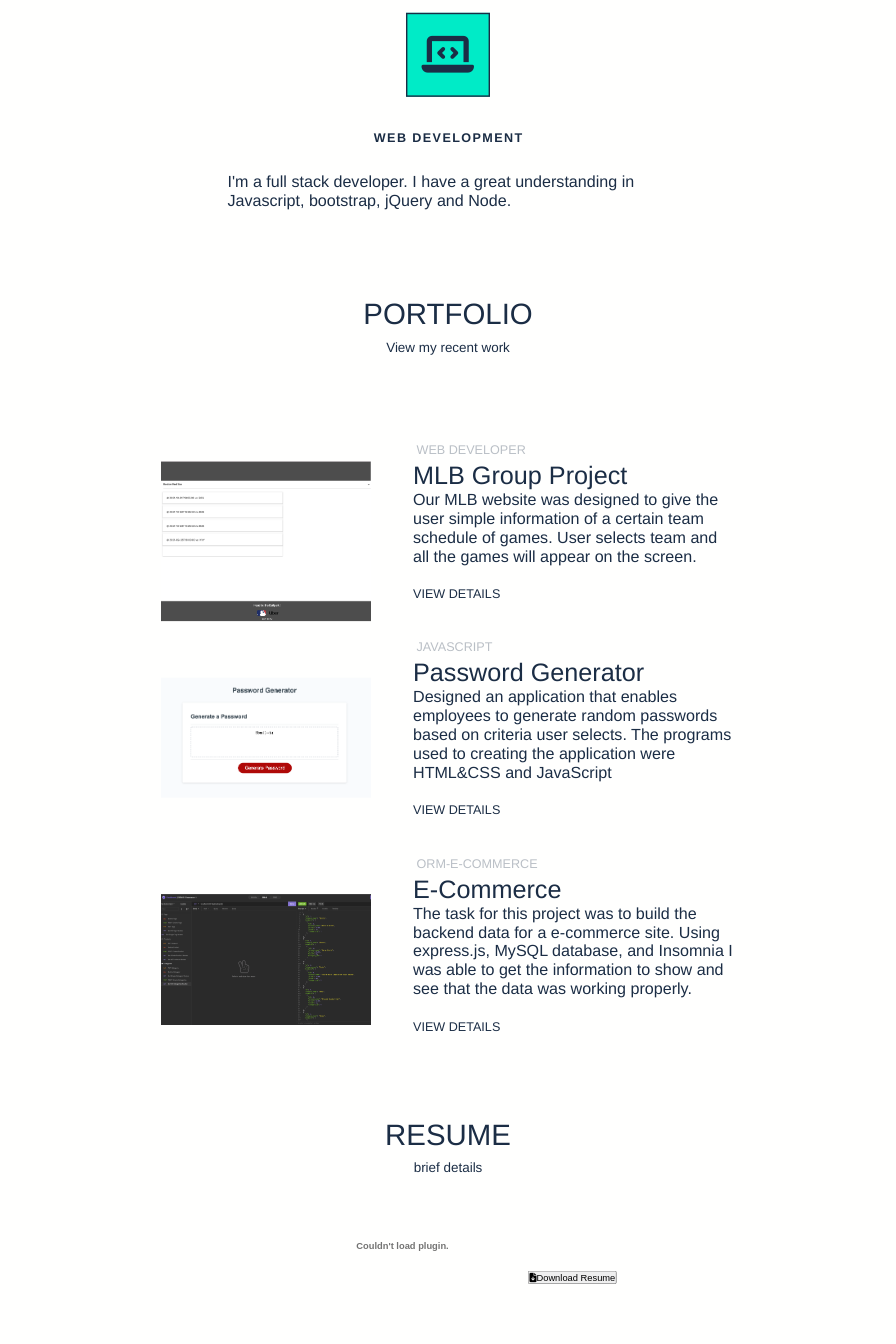
Repository: jb150524/JB-Portfolio
Page: index.html
The author's editor kept a copy of each file at every save. The page is drawn from the files as they stood at one save, then again after the next save.
The browser window is 1280 px wide. The pictures show the part of the page from y = 1906 to 3826 px (the page is 4329 px tall before and 4302 px after), at 70% of full size.
Some web libraries are served in a nearby version.

Above is the page before, as saved 2021-09-25 21:22:45.

### index.html
<!DOCTYPE html>
<!-- saved from url=(0053)file:///Users/jja/FullStack_HW/juanwebsite/index.html -->

    <html lang="en"><head><meta http-equiv="Content-Type" content="text/html; charset=UTF-8">

    <meta http-equiv="X-UA-Compatible" content="IE=edge">
    <meta name="viewport" content="width=device-width, initial-scale=1.0">

    <!-- CSS style sheet -->
    <link rel="stylesheet" href="style.css">

    <!-- adding icons  -->
    <script src="https://kit.fontawesome.com/11dfd97c40.js" crossorigin="anonymous"></script>

    <title>Juan's Portfolio</title>
    </head>

    <body>
      <header>
      <nav class="top-nav">
        <ul class="nav-list">
        <li>
        <a href="file:///Users/jja/FullStack_HW/juanwebsite/index.html">Home</a>
        <a href="file:///Users/jja/FullStack_HW/juanwebsite/index.html#about">About</a>
        <a href="file:///Users/jja/FullStack_HW/juanwebsite/index.html#portfolio">Portfolio</a>
        <a href="file:///Users/jja/FullStack_HW/juanwebsite/index.html#resume">Resume</a>
        <a href="file:///Users/jja/FullStack_HW/juanwebsite/index.html#contact">Contact</a>
        </li>
        </ul>
      </nav>

    <div class="main">
      <div class="landing-text">
        <h1>JuanByrne</h1>
        <h6>Graphic Designer and Full Stack Web Developer</h6>
      </div>
    </div>
    </header>

    <section class="about" id="about">
      <div class="container">
          <a class="about-details">
        <div class="about-heading">
          <h1>About</h1>
          <h6>Myself</h6>
        </div>
          <p>
          I'm a Graphic Designer trying to become a full stack developer. I am from Guadalajara, Mexico. I was born in Mexico, but at a young age I moved to the USA. One of my favorite hobbies is playing competative soccer. Playing soccer has taught me perseverance, how to be a team player, and most importantly how to lose. I currently live in Wayne, Pennsylvania, but have previously lived in Guadalajara, Mexico and Orange County, California. I want to become a web developer because I want to learn a skill that motivates me and pushes me to try new things. I am excited about web developing and want a career that gives me a spark, like I get when I play soccer, with competitiveness, passion, and the belief that I can succeed.
          </p>
          </a>
      </div>
    </section>

      <a class="about-details">
        <section class="experience" id="experience">
            <div class="container">
              <div class="section-heading">
                <h1>Experience</h1>
                <h6>What I can do for you</h6>
              </div>
          <div class="my-skills">
          <div class="skills" alt ="">
            <div class="icon-container">
              <i class="fas fa-layer-group"></i>
            </div>
            <h1>Graphic Designer</h1>
            <p>
            I'm a Graphic Designer with two years of experience working in the advertising industry. Possesses a high degree of competence using programs such as Adobe Photoshop, InDesign, Illustrator, and HTML & CSS.
            </p>
          </div>

        <div class="skills">
          <div class="icon-container">
            <i class="fas fa-laptop-code"></i>
          </div>
              <h1>Web Development</h1>
              <p>
              I'm a full stack developer. I have a great understanding in Javascript, bootstrap, jQuery and Node.
              </p>
            </div>
          </div>
        </div>
      </section>
    </a>

      <section class="portfolio" id="portfolio"><a class="about-details"></a>
        <div class="container"><a class="about-details">
          <div class="section-heading">
            <h1>Portfolio</h1>
            <h6>View my recent work</h6>
            </a>
            </div>
          </div>
          <div class="portfolio-item"><a class="about-details">
            <div class="portfolio-img has-margin-right">
              <img src="images/MLB Site.png" alt="">
            </a>
            </div>
              <div class="portfolio-description"><a class="about-details">
              <h6>Web Developer</h6>
              <h1>MLB Group Project</h1>
              <p>
              Our MLB website was designed to give the user simple information of a certain team schedule of games. User selects team and all the games will appear on the screen.
              </p>
              </a>
            <a href="file:///Users/jja/FullStack_HW/juanwebsite/index.html#" class="cta"> View Details</a>
        </div>
      </div>
    <div>

     <div class="portfolio-item">
          <div class="portfolio-img has-margin-right">
            <img src="images/passGenerator.png" alt="">
            </div>
            <div class="portfolio-description">
            <h6>Javascript</h6>
            <h1>Password Generator</h1>
            <p>
            Designed an application that enables employees to generate random passwords based on criteria user selects. The programs used to creating the application were HTML&CSS and JavaScript
            </p>
            <a href="file:///Users/jja/FullStack_HW/juanwebsite/index.html#" class="cta"> View Details</a>
            </div>
        </div>

      <div>
          <div class="portfolio-item">
            <div class="portfolio-img has-margin-right">
              <img src="images/E-Commerce.png" alt="">
              </div>
              <div class="portfolio-description">
              <h6>ORM-E-Commerce</h6>
              <h1>E-Commerce</h1>
              <p>
              The task for this project was to build the backend data for a e-commerce site. Using express.js, MySQL database, and Insomnia I was able to get the information to show and see that the data was working properly.
              </p>
              <a href="file:///Users/jja/FullStack_HW/juanwebsite/index.html#" class="cta"> View Details</a>
            </div>
          </div>
      </div>
    </section>

    <section class="resume" id="resume">
      <div class="container">
        <div class="section-heading">
          <h1>Resume</h1>
          <h6>brief details</h6>
          <embed src="/images/FullStackDeveloper2021Resume.pdf" type="application/pdf" width="55%" height="100px" />
          <!-- <input type="button" value="Download!"> -->
          <button class="btn"><i class="fas fa-file-download"></i>Download Resume</button>
        </div>
      </div>

    <section class="contact" id="contact">
        <div class="container">
          <div class="section-heading">
          <h1>Contact Me</h1>
          <ul>
          <li>
          <h6>Let's work together</h6>
          <a href="https://www.linkedin.com/in/juan-byrne-43869ab7/">LinkedIn</a>
          <a href="https://github.com/jb150524">Github</a>
          <a href="file:///Users/jja/FullStack_HW/juanwebsite/juan1505@gmail.com">Gmail</a>
          </li>
          </ul>
        </div>
       </div>
    </section>

    <footer class="copyright">
      <p>© 2021 Juan Byrne</p>
    </footer>
  </section>


</body>
</html

### style.css
/* Start global*/

* {
    margin: 0;
    padding: 0;
    box-sizing: border-box;
}

html {
    font-size: 12px;
    font-family: Helvetica, sans-serif;
    /* color: rgb(255, 255, 255); */
}

body {
    width: 100%;
    height: 100%;
    background-color: #fffffe;
    background-size: cover;
}

section {
    padding: 60px 0;
}

h6 {
    color: #1b2d45;
    margin: 5px;
}

a {
    text-decoration: none;
    color: #1b2d45;
}

p {
   font-size: 23px;
   font-weight: 300;
   color: #1b2d45;
}



img {
    max-width: 100%;
    height: auto;
}

.main {
    padding: 16px;
    margin-top: 30px;
    height: 1500px; /* Used in this example to enable scrolling */
  }

/* Start reusable*/

.container {
    width: 50%;
    max-width: 120rem;
    height: 100%;
    margin: 0 auto;
    position: relative;
}

.container-details p {
    font-size: 200px;
    padding: 35px;
}

.section-heading {
    text-align: center;
    margin-bottom: 10rem;
}

.section-heading h1 {
    font-family: major mono display, Helvetica, sans-serif;
    font-size: 3.5rem;
    color: #1b2d45;
    text-transform: uppercase;
    font-weight: 300;
    position: relative;
    margin-bottom: 1rem;
}

.section-heading h1::before,
.section-heading h1::after {
    content: "";
    position: absolute;
    bottom: -.5rem;
    left: 50%;
    transform: translateX(-59%);
    background: color #fff8e8;
}

.section-heading h1::before {
    width: 10rem;
    height: 3px;
    border-radius: .8rem;
}

.section-heading h1::after {
    height: 1.5rem;
    border-radius: .100%;
    bottom: 1rem;
}

.section-heading h6 {
    font-size: 1.6rem;
    font-weight: 300;
    margin-bottom: 50px;
}

.has-margin-right {
    margin-right: 5rem;
}
/* End reusable*/

/* Start header*/
header {
    width: 100%;
    height: 100vh;
}

.nav-list {
    z-index: 2;
    top: 0;
    background:#00ebc7;
    overflow: hidden;
    font-size: 35px;
    font-family: major mono display;
    margin: 0;
    padding: 20px;
    position: fixed;
    list-style: none;
    width: 100%;
    display: flex;
    justify-content: center;
    align-items: flex-start;
    text-decoration: none;
}

li {
    margin: 0;
    list-style: none;
}

.nav-link {
    font-family: Arial, Helvetica, sans-serif;
    font-size: 15px;
    padding: 5px;
}

.nav-link:hover,
.nav-ink:focus {
    background: linear-gradient(to top, #5725b3, #9e91e9 );
    -webkit-background-clip: text;
    -webkit-text-fill-color: transparent;

}

.landing-text{
    position: absolute;
    top: 50%;
    left: 50%;
    transform: translate(-50%, -50%);
    width: 100%;
    text-align: center;
    z-index: 1;
}

.landing-text h1 {
    font-size: 150px;
    font-family: major mono display, Helvetica, sans-serif, Helvetica, sans-serif;
    background: linear-gradient(to top, #110202, #000000 );
    -webkit-background-clip: text;
    -webkit-text-fill-color: transparent;
    padding: 1rem;
    user-select: none;

}

.landing-text h6 {
    font-size: 2rem;
    font-weight: 300;
}
/* End header*/

.about .container {
    display: flex;
    align-items: center;
    justify-content: center;
}

.about-heading {
    text-align: center;
    text-transform: uppercase;
    line-height: 10px;
    margin-bottom: 6rem;
}

.about-heading h1 {
    font-size: 10rem;
    opacity: .3;
    font-family: major mono display;
}

.about-heading h6 {
    font-size: 2rem;
    font-weight: 300;
}

/* .about-container p {
   font-size: 50px;
} */

.profile-img {
    max-width: 100%;
    display: inline-block;
}

/* Start services*/

.my-skills {
    display: grid;
    /* grid-template-columns: repeat(auto-fit, min max(25rem, 1fr)); */
    grid-gap: 2.5rem;
    text-align: center;
}

.skills p {
    padding: 15px 5px 5px 5px;
    text-align: left;
}

.skills h1 {
    text-transform: uppercase;
    letter-spacing: 2px;
    margin: 2rem -2px 2rem 0;
}

.icon-container {
    width: 10rem;
    height: 10rem;
    border: 2px solid #1b2d45;
    background-color: #00ebc7;
    margin-bottom: 2rem;
    display: inline-block;
}

.icon-container .fas {
    margin: 27px -35px 0px -36px;
}

.icon-container i {
    color:#1b2d45;
    font-size: 5rem;
    margin: auto;
}
/* End services*/

/* Start portfolio*/

.portfolio-item {
    display: flex;
    align-items: end;
    justify-content: center;
    flex-direction: row;
    flex-wrap: wrap;
    align-content: stretch;
    margin-bottom: 50px;

}
.portfolio-img {
    width: 300px;
    height: 200px;
    background-size: 100%;
}

.portfolio-item:last-child {
    margin: 0;
}

.portfolio-description {
    flex: .5;
    color: #1b2d45;

}

.portfolio-description h1 {
    font-size: 3rem;
    font-weight: 300;
    margin: 1px 0;
    display: contents;
}

.portfolio-description h6 {
    font-size: 1.5rem;
    text-transform: uppercase;
    font-weight: 300;
    opacity: 0.3;
}

.portfolio-description .cta {
    display: inline-block;
    margin-top: 2.5rem;
    font-size: 1.5rem;
    text-transform: uppercase;
    color: #1b2d45;
    transition: color 650ms;
}

.portfolio-description .cta:hover {
    color: #2f67cd;
}
/* End portfolio*/


/*Star contact*/

.contact {
    background-color:#00ebc7;
}

.contact a {
    font-weight: bold;
    margin: 10px;
    margin-top: 20px;
    padding: 15px 0;
    text-align: center;
    font-size: 25px;
}

/*End contact*/

/*Star footer*/

.copyright {
    width: 100%;
    text-align: center;
    background-color:#ff5470;
    padding: 2rem 0;
    position: absolute;
    display: block;
}

/* .up {
    position: absolute;
    width: 5rem;
    height: 5rem;
    background-color: burlywood;
    top: -2.5rem;
    right: 5rem;
    border-radius: 100%;
    display: flex;
    animation: pulse 2s infinite;
    cursor: pointer;
}

.up i {
    color: navy;
    font-size: 2rem;
    margin: auto;
} */

.copyright p {
    font-size: 1.4rem;
}
/*End footer*/

/*Start Button animation*/

@keyframes pulse {
    0%{
        box-shadow: 0 0 0 0 rgba(253, 87, 191, 0.99);
    }
    70%{
        box-shadow: 0 0 0 2rem rgba(253, 87, 191, 0);
    }
    100%{
        box-shadow: 0 0 0 0 rgba(253, 87, 191, 0);
    }
}
/*End Button animation*/

/*Start media queries*/

@media screen and (max-width: 768px) {
    body {
        background-color: #fffffe;
        background-size: cover;
    }

    .landing-text h1 {
        font-size: 70px;
    }

    .landing-text h6 {
        font-size: 1.7rem;
    }

    .nav-list {
        font-size: 15px;
    }

    li {
        margin: 2rem 0;
    }

    .nav-ink {
        font-size: 4.5rem;
    }

    .about-heading {
        font-size: 15px;
    }

    .section-heading h1 {
        font-size: 3rem;
    }

    .about-details .nav-list {
        flex-direction: initial;
    }

    .about-details li {
        font-size: 10px;
        margin: 0 2rem;
    }

@media screen and (max-width: 600px) {

    .landing-text h1 {
        font-size: 8rem;
    }

    .landing-text h6 {
        font-size: 1.4rem;
    }

    .nav-link {
        font-size: 3.5rem;
    }

    .profile-img {
        margin-top: 0 0 7rem 0;
    }

    .portfolio-item {
        flex-direction: column;
    }

    .portfolio-img {
        margin: 0 0 2rem 0;
        order: 1;
    }

    .portfolio-description {
        margin: 0;
        order: 2;
    }

    form {
        width: 100%;
    }

    .up {
        right: 2rem;
    }
}
/*End media queries*/

After the next save:
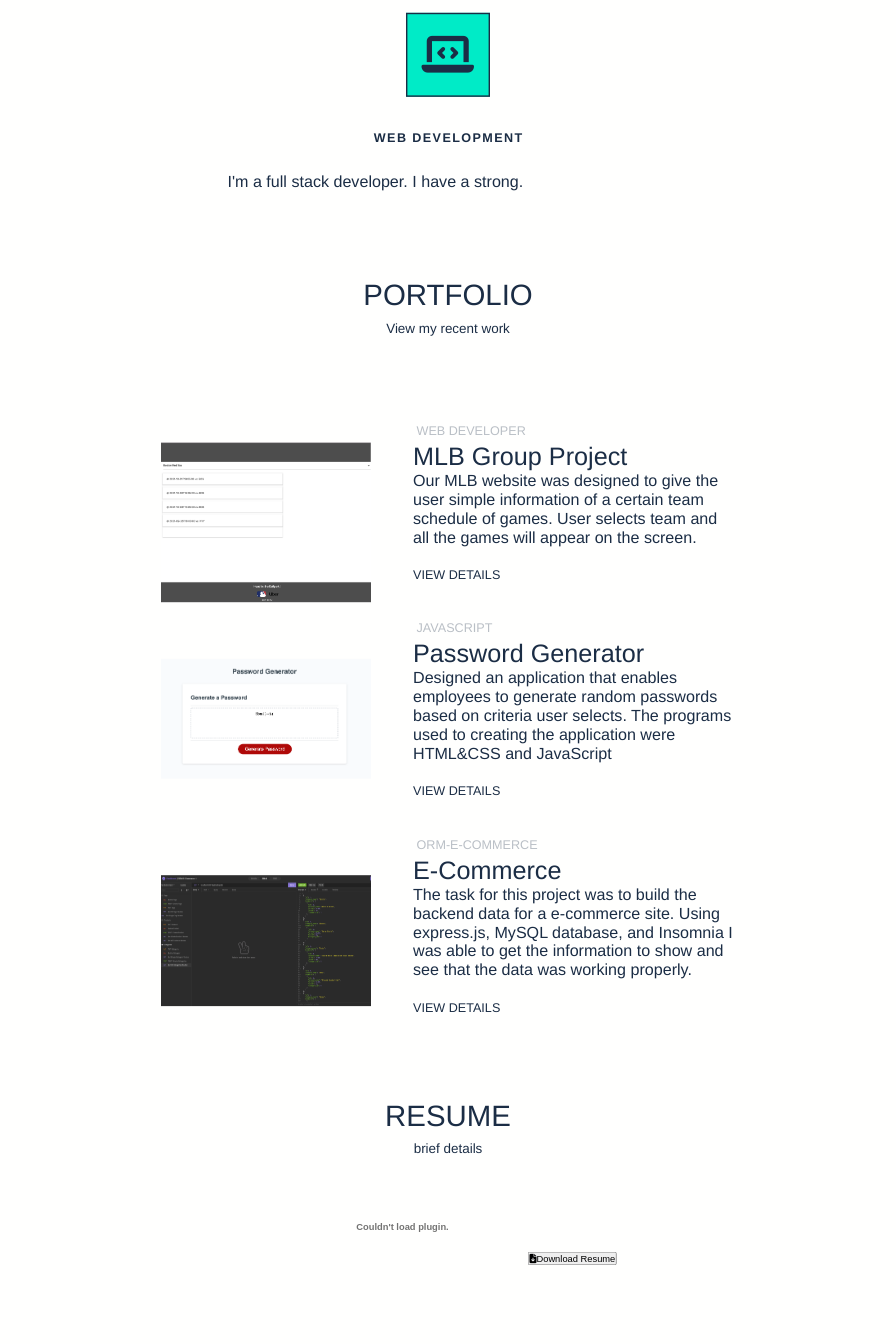
Saved 2 min 38 s later.
--- a/index.html
+++ b/index.html
@@ -75,7 +75,7 @@
           </div>
               <h1>Web Development</h1>
               <p>
-              I'm a full stack developer. I have a great understanding in Javascript, bootstrap, jQuery and Node.
+              I'm a full stack developer. I have a strong.
               </p>
             </div>
           </div>
